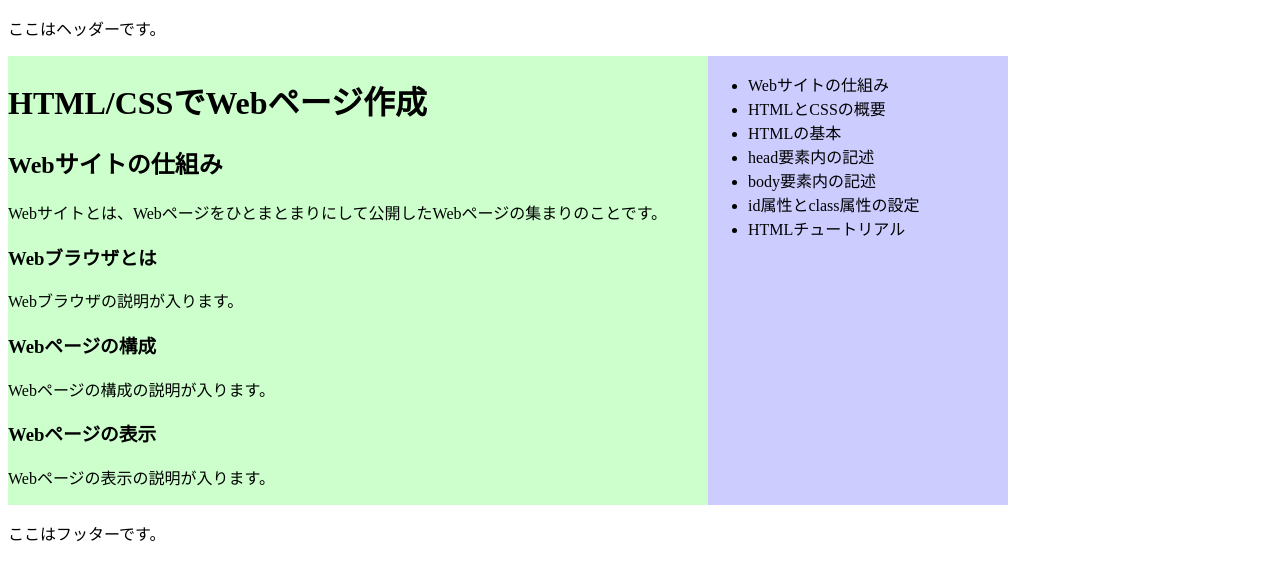
Repository: kaito-genkai/porker
Page: kadai-html.html
The author's editor kept a record of every edit. The page is drawn from the files as they stood at one moment, then again after the next edit.
The browser window is 1280 px wide. The pictures show the whole page.

Above is the page before.

### kadai-html.html
<!DOCTYPE html>
<html lang="ja">
    <head>
        <meta charset="UTF-8">
        <title>HTML/CSSでWebページ作成</title>
        <link rel="stylesheet" href="kadai-css.css" type="text/css" />
    </head>
    <body>
        <header>
            <p>ここはヘッダーです。</p>
        </header>
        <div id="wrapper">
            <div id="main">
                <h1>HTML/CSSでWebページ作成</h1>
                <h2>Webサイトの仕組み</h2>
                <p>Webサイトとは、Webページをひとまとまりにして公開したWebページの集まりのことです。</p>
                <h3>Webブラウザとは</h3>
                <p>Webブラウザの説明が入ります。</p>
                <h3>Webページの構成</h3>
                <p>Webページの構成の説明が入ります。</p>
                <h3>Webページの表示</h3>
                <p>Webページの表示の説明が入ります。</p>
            </div>
            <nav id="menu">
                <ul>
                    <li>Webサイトの仕組み</li>
                    <li>HTMLとCSSの概要</li>
                    <li>HTMLの基本</li>
                    <li>head要素内の記述</li>
                    <li>body要素内の記述</li>
                    <li>id属性とclass属性の設定</li>
                    <li>HTMLチュートリアル</li>
                </ul>
            </nav>
        </div>
        <footer>
            <p>ここはフッターです。</p>
        </footer>
    </body>
</html>

### kadai-css.css
@charset "UTF-8";

#wrapper {
    display: flex;
}

#main {
    background-color: #ccffcc;
    width: 700px;
}

#menu {
    background-color: #ccccff;
    width: 300px;
}

After the next edit:
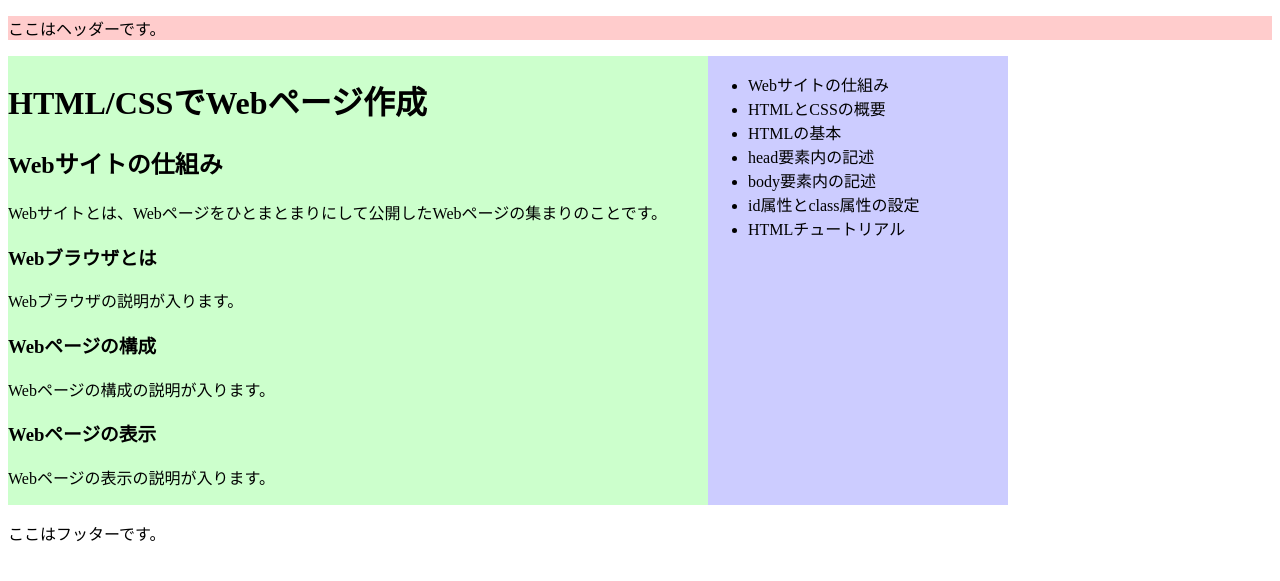
The edit:
--- a/kadai-css.css
+++ b/kadai-css.css
@@ -1,4 +1,8 @@
 @charset "UTF-8";
+
+header p {
+    background-color: #ffcccc;
+}
 
 #wrapper {
     display: flex;
